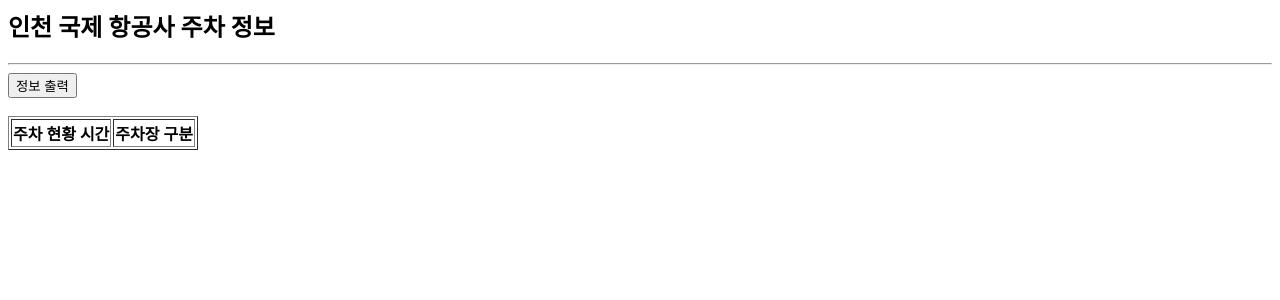
Repository: mmeaning/ajaxTest
Page: http://localhost/AjaxAPI/
These files come from the project's save history. The page is drawn as it stood at one moment and after the next save; the edit follows.
The browser window is 1280 px wide. The pictures show the whole page.
The page is served by Tomcat 9.

Above is the page before, as saved 2023-09-26 07:09:59.

After the next save:
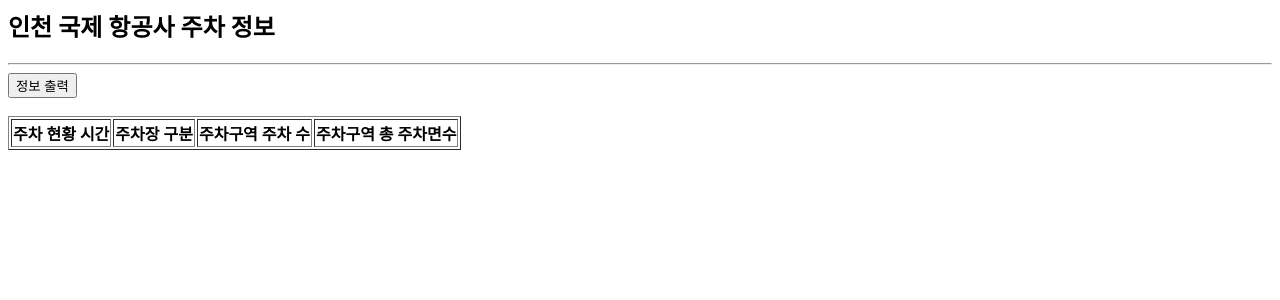
Saved 50 s later.
--- a/AjaxAPI/src/main/webapp/WEB-INF/views/home.jsp
+++ b/AjaxAPI/src/main/webapp/WEB-INF/views/home.jsp
@@ -14,8 +14,13 @@
 			<tr>
 				<th>주차 현황 시간</th>
 				<th>주차장 구분</th>
+				<th>주차구역 주차 수</th>
+				<th>주차구역 총 주차면수</th>
+			</tr>
+		</thead>
+		<tbody>
 
-		</thead>
+		</tbody>
 	</table>
 </body>
 </html>
